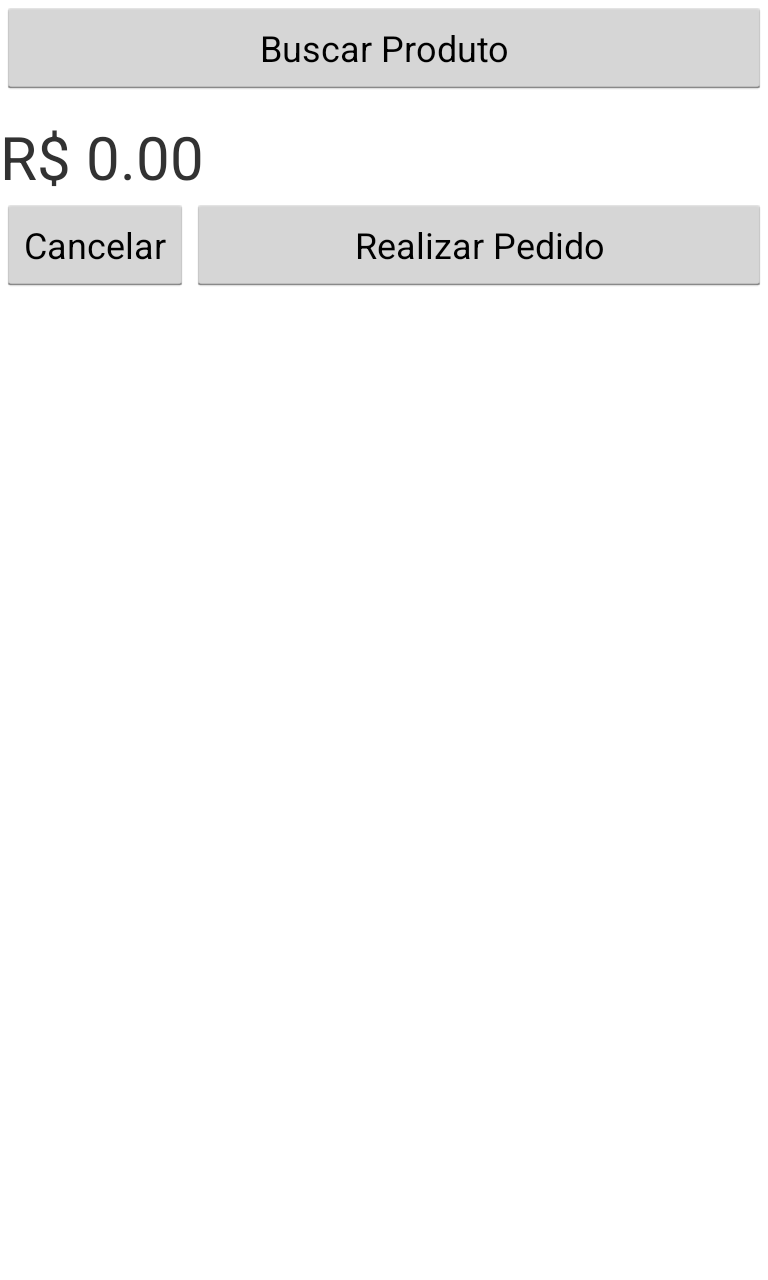
Repository: tmalveirac/mobpdv
Layout: WorkspaceAndroid/MobPDVProjet/res/layout/activity_pedido.xml
These files come from the project's save history. The layout is drawn as it stood at one moment and after the next save; the edit follows.
It is drawn on a 768 x 1280 px phone screen (xhdpi) without system bars, with theme AppTheme; the app's code is not run.

Above is the layout before, as saved 2013-06-03 22:13:10.

After the next save:
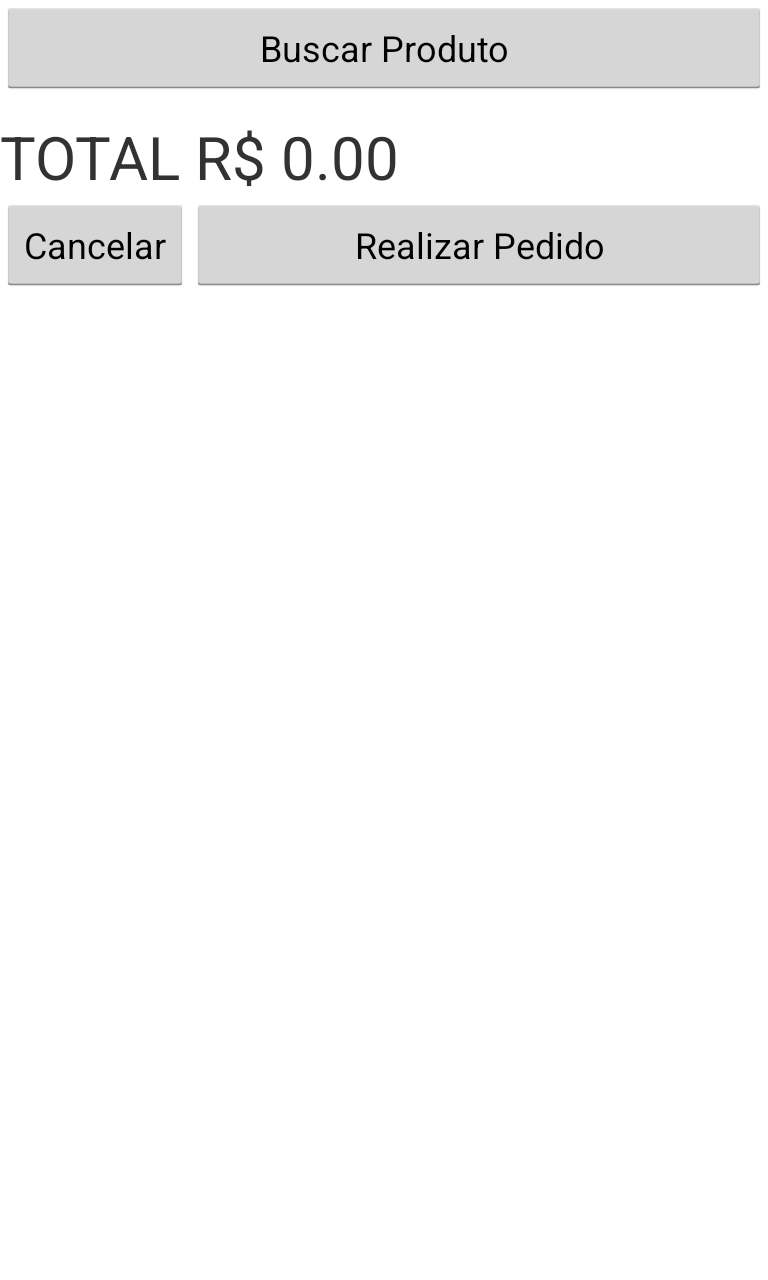
Saved 59 s later.
--- a/WorkspaceAndroid/MobPDVProjet/res/values/strings.xml
+++ b/WorkspaceAndroid/MobPDVProjet/res/values/strings.xml
@@ -25,6 +25,6 @@
     <string name="title_activity_venda_final">VendaFinalActivity</string>
     <string name="txtTotalPago">Total Pago: R$ XX</string>
     <string name="btnGerarComp">Gerar Comprovante</string>
-    <string name="txtTotal">R$ 0.00</string>
+    <string name="txtTotal">TOTAL R$ 0.00</string>
 
 </resources>
